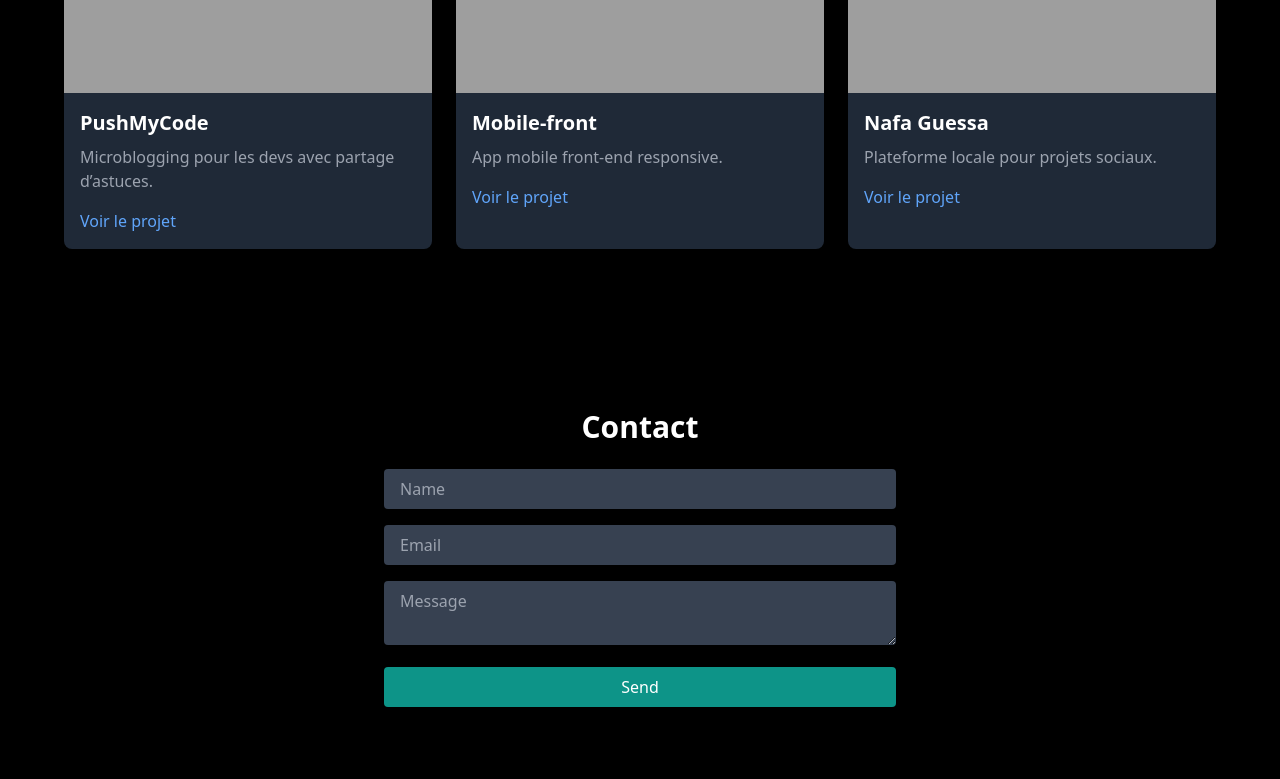
Repository: mariamdaff/Projets_Perso
Page: / (app in mon_portfolio/)
An editor plug-in stored every save of this project. The page is shown before and after the next save, followed by the edit.
The browser window is 1280 px wide. The pictures show the part of the page from y = 1363 to 2315 px (the page is 2142 px tall before and 2315 px after).
Pictures or frames that could not be fetched are drawn as grey boxes. The project was rebuilt for these pictures with package versions that can differ from the ones it lists, and the page was loaded fresh each time. Also part of the build but not shown: mon_portfolio/vite.config.js.

Above is the page before, as saved 2025-04-20 17:45:27.

After the next save:
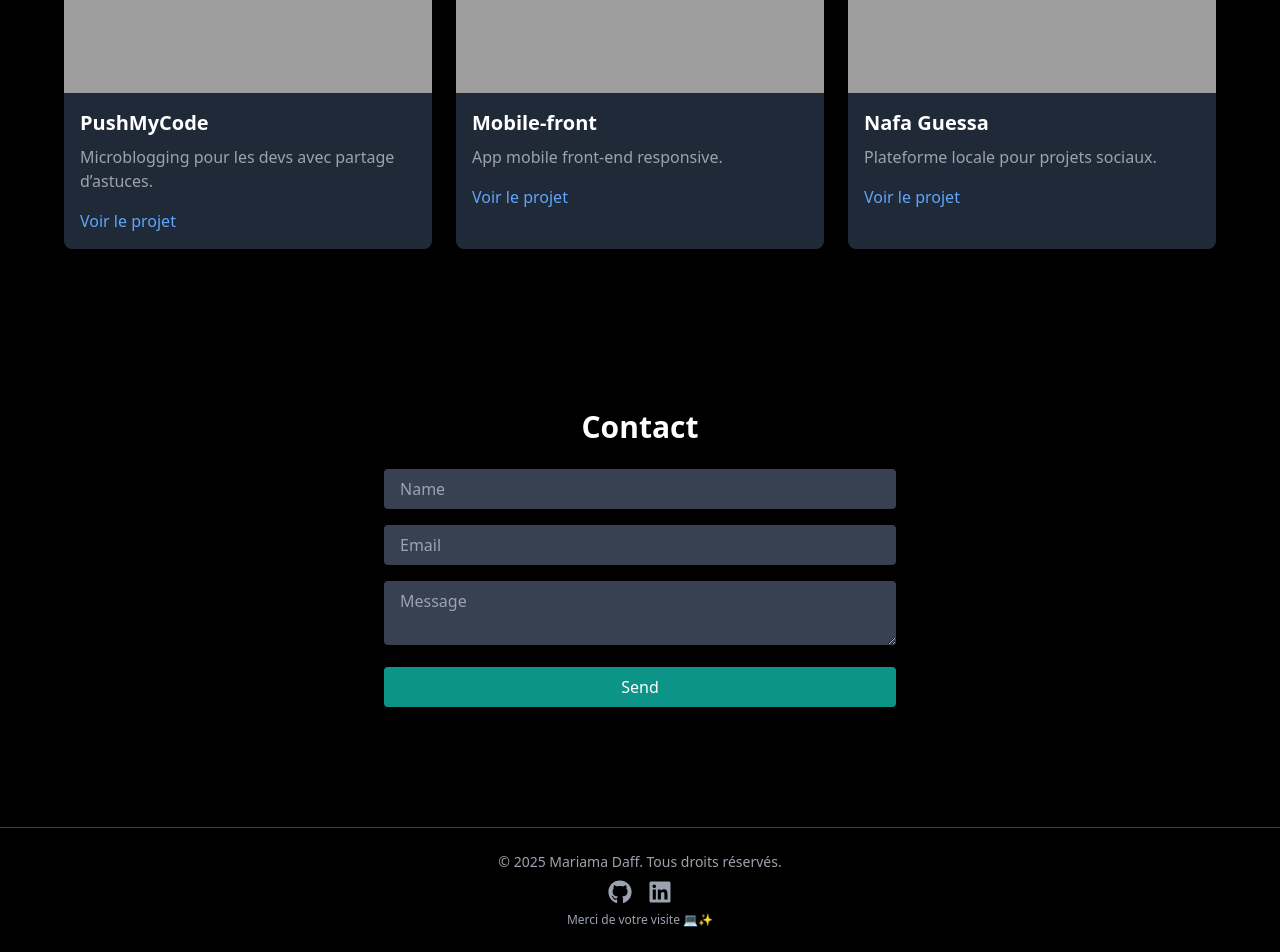
Saved 2 min 5 s later.
--- a/mon_portfolio/src/Layout.jsx
+++ b/mon_portfolio/src/Layout.jsx
@@ -4,6 +4,7 @@
 import Contact from './components/contact/Contact';
 import APropos from './components/A_Propos/APropos';
 import Skills from './components/skills/Skills';
+import Footer from './components/footer/Footer';
 import { Element } from 'react-scroll';
 
 const Layout = () => {
@@ -25,6 +26,7 @@
         </Element>
 
       </main>
+      <Footer />
     </div>
   );
 };
